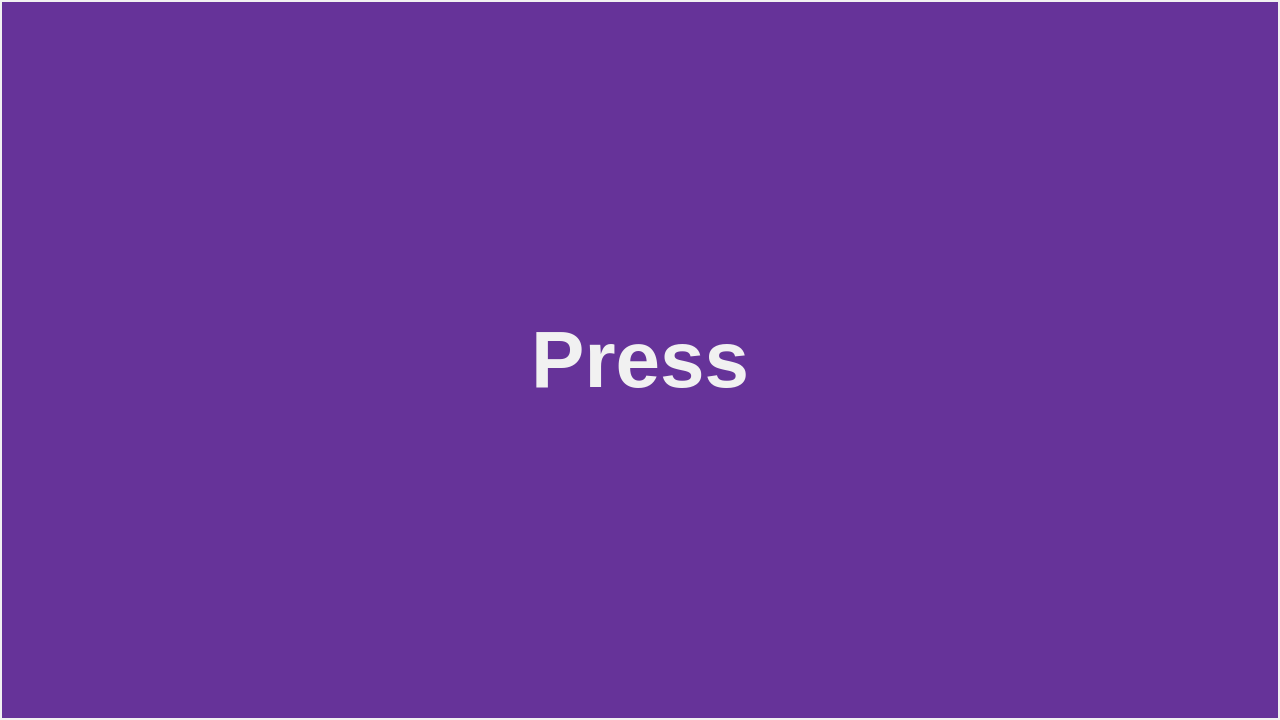
Repository: odiloalmeida/inever
Page: index.html
An editor plug-in stored every save of this project. The page is shown before and after the next save, followed by the edit.
The browser window is 1280 px wide. The pictures show the whole page.
After loading, the first visible `#myButton` was clicked once.

Above is the page before, as saved 2023-01-31 20:07:12.

After the next save:
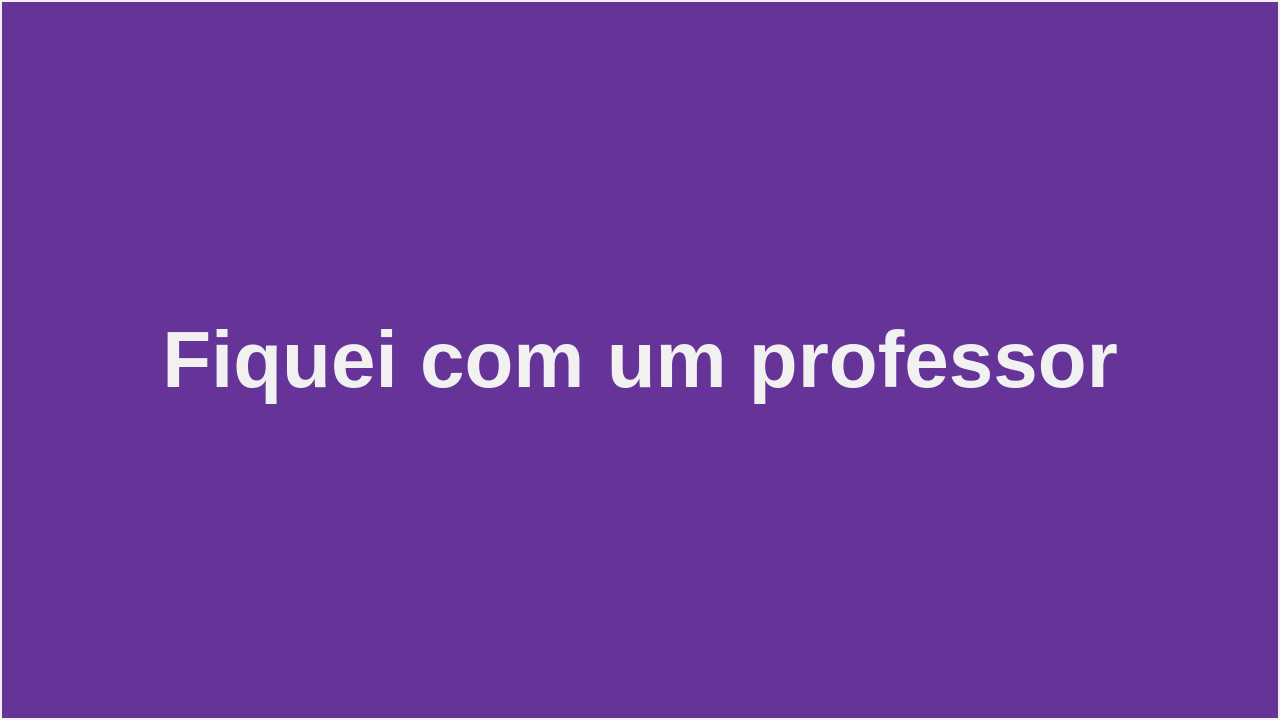
Saved 78 s later.
--- a/index.html
+++ b/index.html
@@ -18,11 +18,11 @@
     function changeButtonName() {
         var button = document.getElementById("myButton");
 
-        var names = ["Submit",
-        "Click Me",
-        "Go",
-        "Press",
-        "Submit Now",
+        var names = ["Beijei alguém dessa turma",
+        "Senti atração por alguém dessa turma",
+        "Tomei banho pelado na praia/piscina",
+        "Fiquei com um professor",
+        "Fiquei com um amigo e me arrependi",
 
         ];
 
